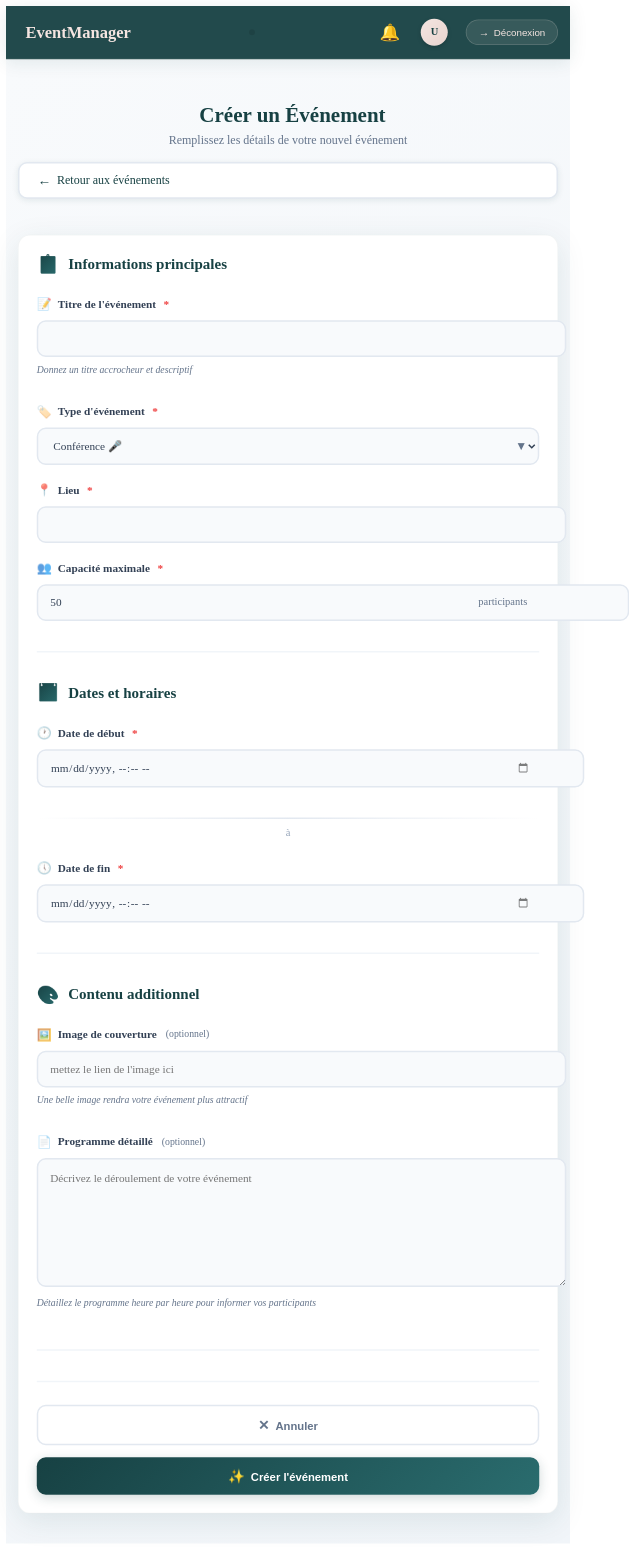
Repository: RADJA-A/DahiliRadja_Pjt_IW
Page: /organisateur/creer-evenement (app in Front/gerement/)
The author's editor kept a copy of each file at every save. The page is drawn from the files as they stood at one save, then again after the next save.
The browser window is 768 px wide. The page is 839 px wide, so the pictures cover 839 px, including what lies to the right of the window. The pictures show the whole page, at 75% of full size.
The project was rebuilt for these pictures with package versions that can differ from the ones it lists, and the page was loaded fresh each time. Also part of the build but not shown: Front/gerement/angular.json, Front/gerement/src/app/pages/home/home.component.ts, Front/gerement/src/app/components/avantages/avantages.component.ts, Front/gerement/src/app/components/procedure/procedure.component.ts, Front/gerement/src/app/components/services/services.component.ts, Front/gerement/src/app/pages/login/login.component.ts, Front/gerement/src/app/core/services/auth.service.ts, Front/gerement/src/app/pages/signin/signin.component.ts and 9 more.

Above is the page before, as saved 2025-12-17 12:54:41.

After the next save:
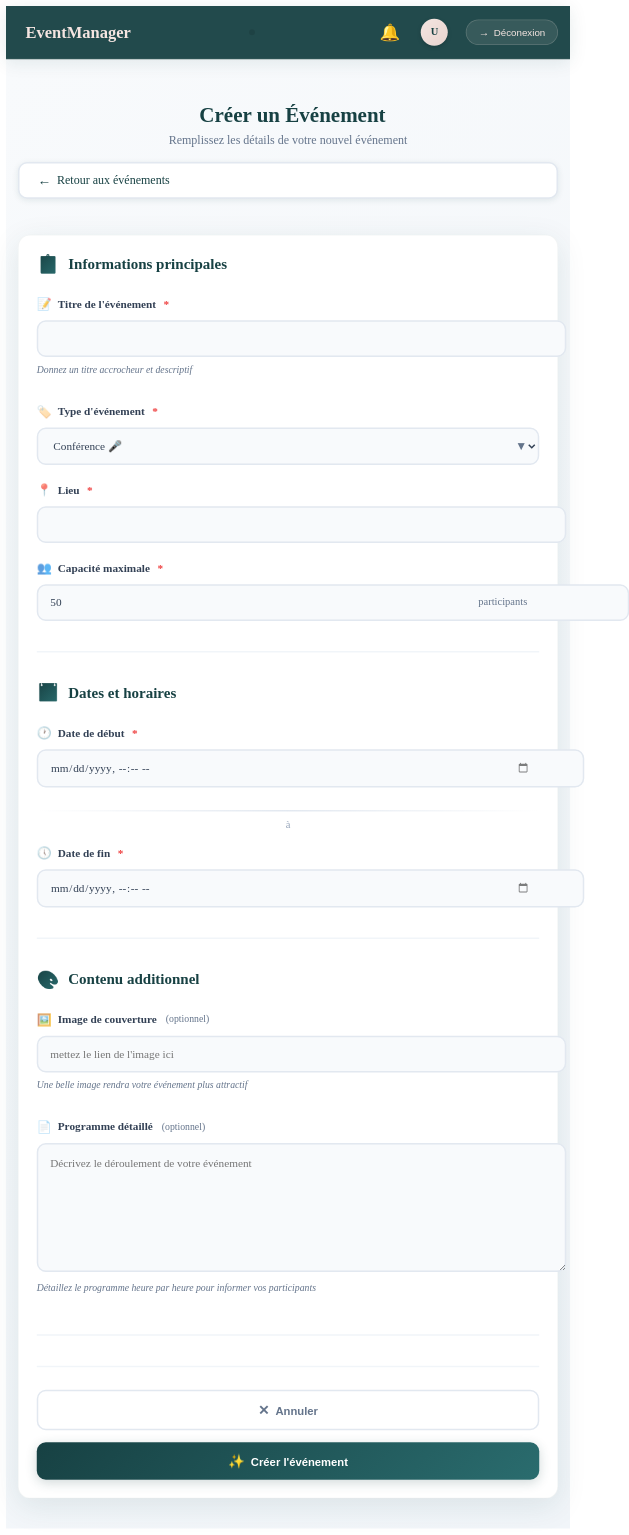
Saved 2 min 6 s later.
--- a/Front/gerement/src/app/pages/organisateur/creer-evenement/creer-evenement.component.css
+++ b/Front/gerement/src/app/pages/organisateur/creer-evenement/creer-evenement.component.css
@@ -423,7 +423,7 @@
 
   .date-container {
     grid-template-columns: 1fr;
-    gap: 20px;
+    gap: 10px;
   }
 
   .date-separator {

After the save that followed:
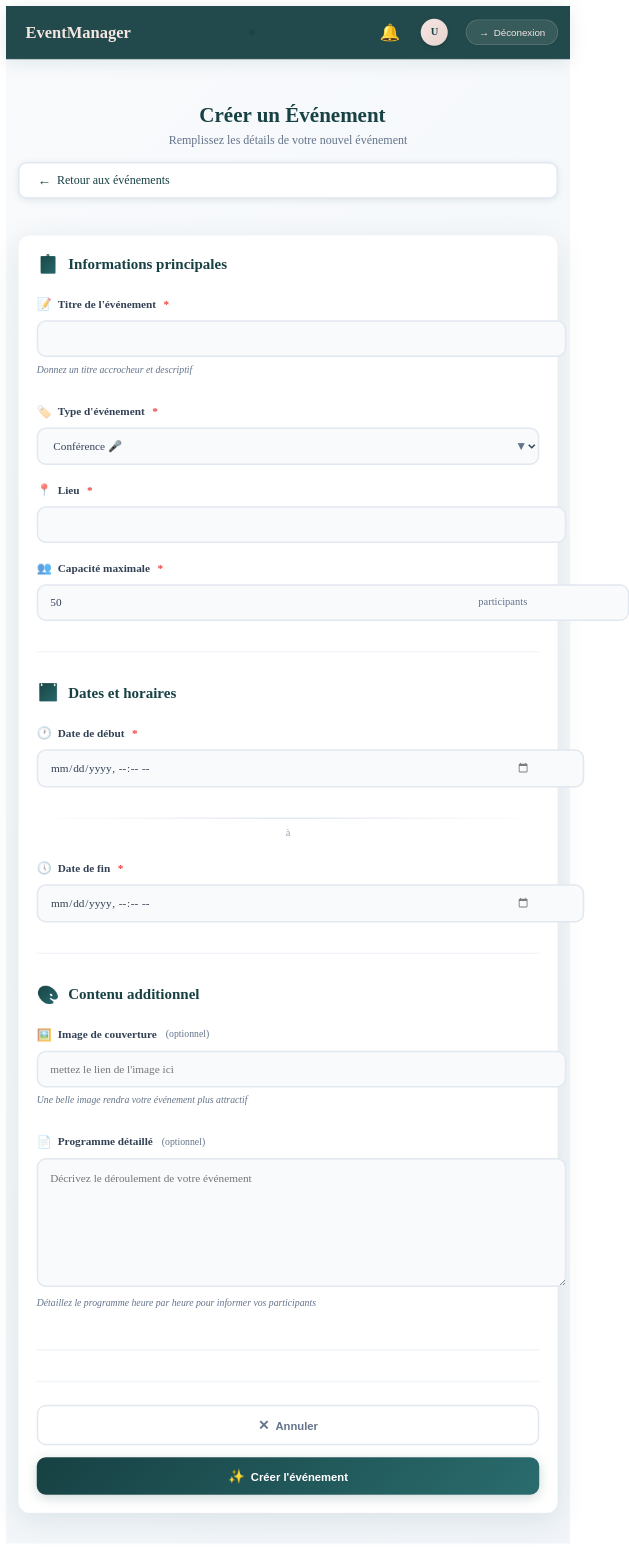
Saved 62 s later.
--- a/Front/gerement/src/app/pages/organisateur/creer-evenement/creer-evenement.component.css
+++ b/Front/gerement/src/app/pages/organisateur/creer-evenement/creer-evenement.component.css
@@ -5,7 +5,7 @@
 }
 
 .container {
-  max-width: 1000px;
+  max-width: 900px;
   margin: 0 auto;
   padding: 0 20px;
 }
@@ -423,7 +423,7 @@
 
   .date-container {
     grid-template-columns: 1fr;
-    gap: 10px;
+    gap: 20px;
   }
 
   .date-separator {
